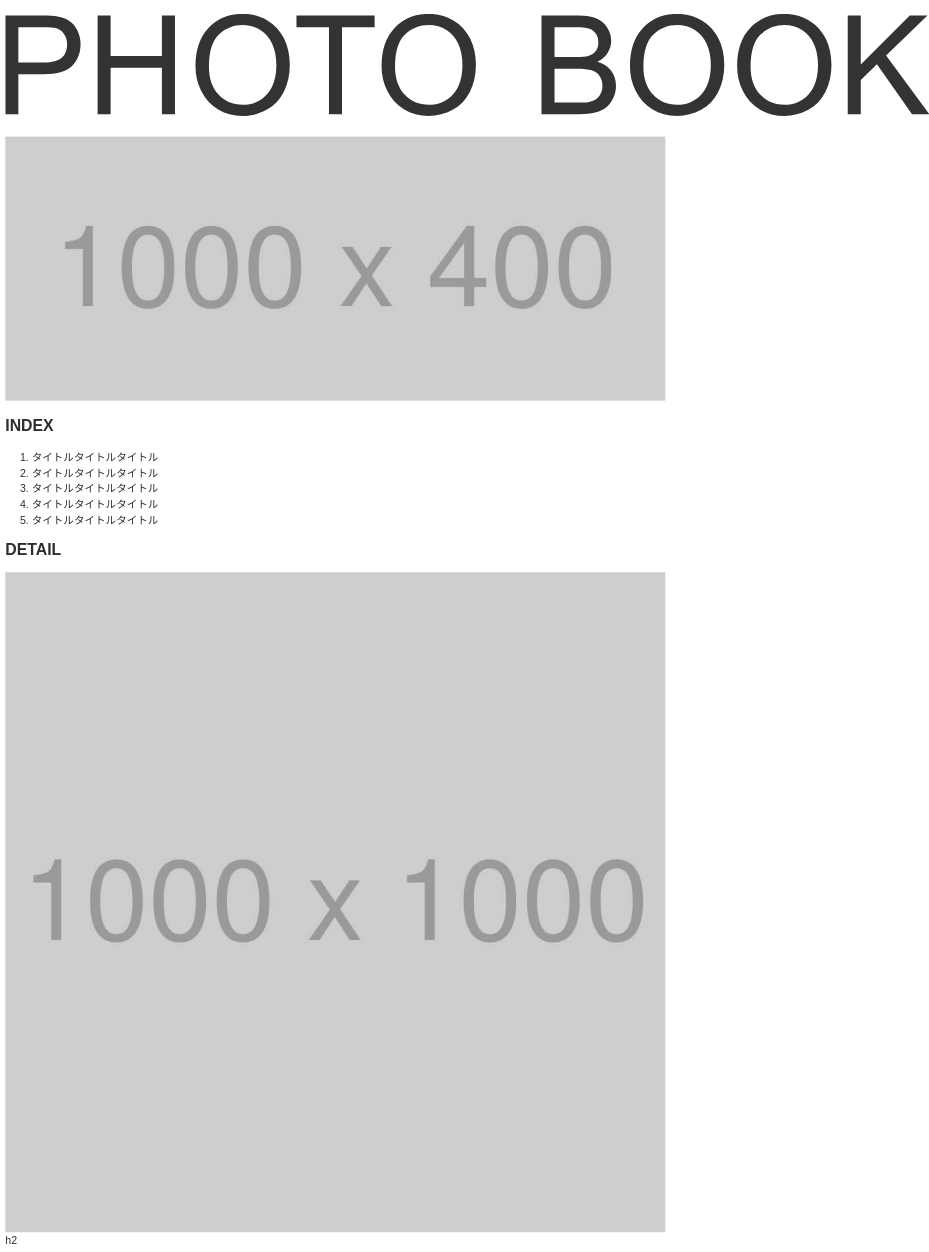
Repository: Fuki-san/photo-book-1
Page: http://localhost/photo
These files come from the project's save history. The page is drawn as it stood at one moment and after the next save; the edit follows.
The browser window is 1280 px wide. The page is 1408 px wide, so the pictures cover 1408 px, including what lies to the right of the window. The pictures show the whole page, at 66% of full size.
The page is served by the project's Laravel application, run on PHP 8.4 with Laravel 10.

Above is the page before, as saved 2023-11-26 15:37:26.

After the next save:
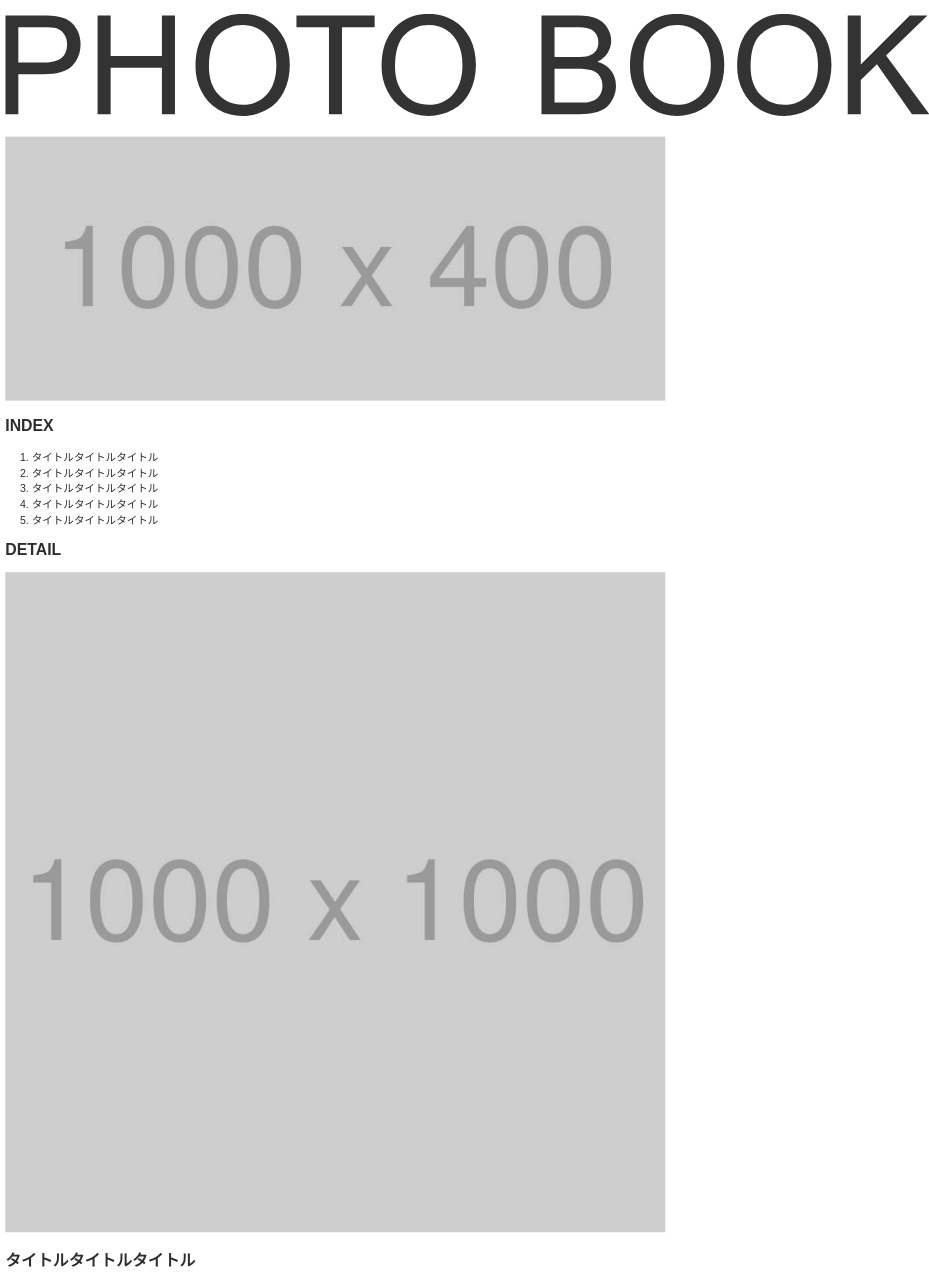
Saved 5 s later.
--- a/resources/views/photo.blade.php
+++ b/resources/views/photo.blade.php
@@ -27,7 +27,7 @@
                 <img src="img/detail.jpg">
             </div>
             <div class="detail-text">
-                h2
+                <h2>タイトルタイトルタイトル</h2>
             </div>
         </section>
     </main>
